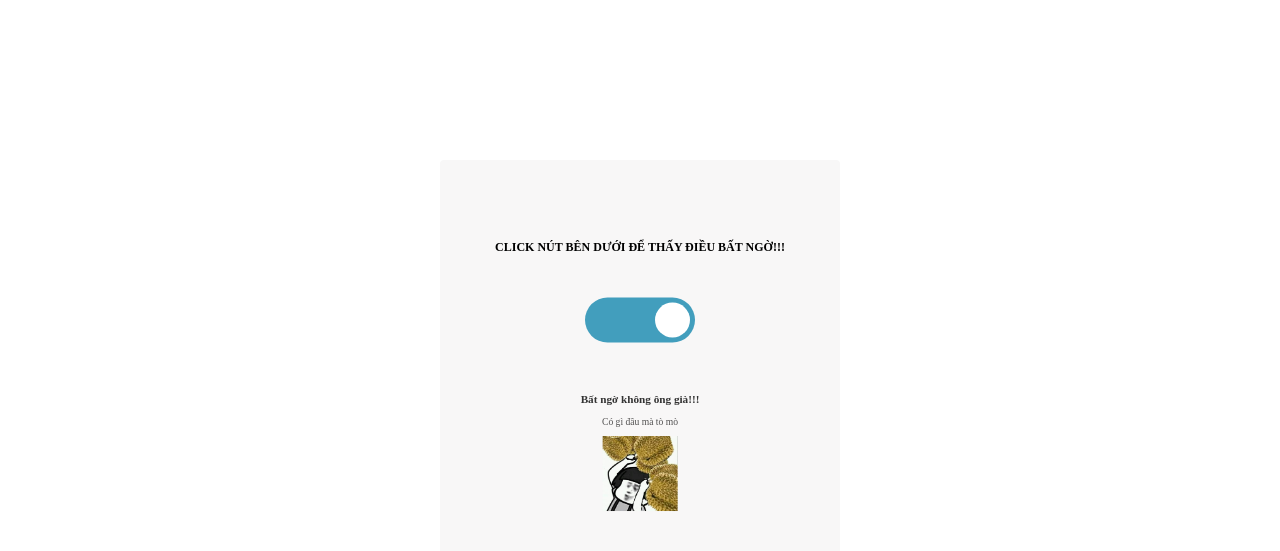
Repository: haokiet2501/troll-my-react
Page: /, after clicking the first element matching `div.toggle-center`
These files come from the project's save history. The page is drawn as it stood at one moment and after the next save; the edit follows.
The browser window is 1280 px wide. The pictures show the whole page.
The project was rebuilt for these pictures with package versions that can differ from the ones it lists, and the page was loaded fresh each time.

Above is the page before, as saved 2022-07-30 23:44:18.

After the next save:
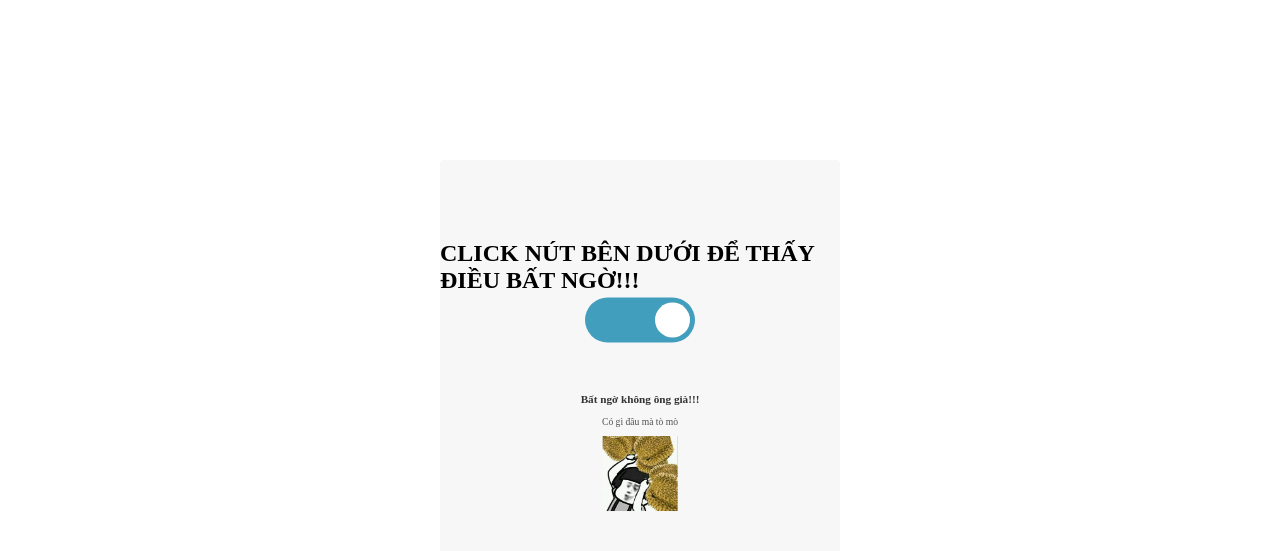
Saved 4 s later.
--- a/src/index.css
+++ b/src/index.css
@@ -154,7 +154,7 @@ p {
   }
 
   .toggle-title {
-    font-size: 0.75rem;
+    font-size: 1.5rem;
   }
 
   h3 {
